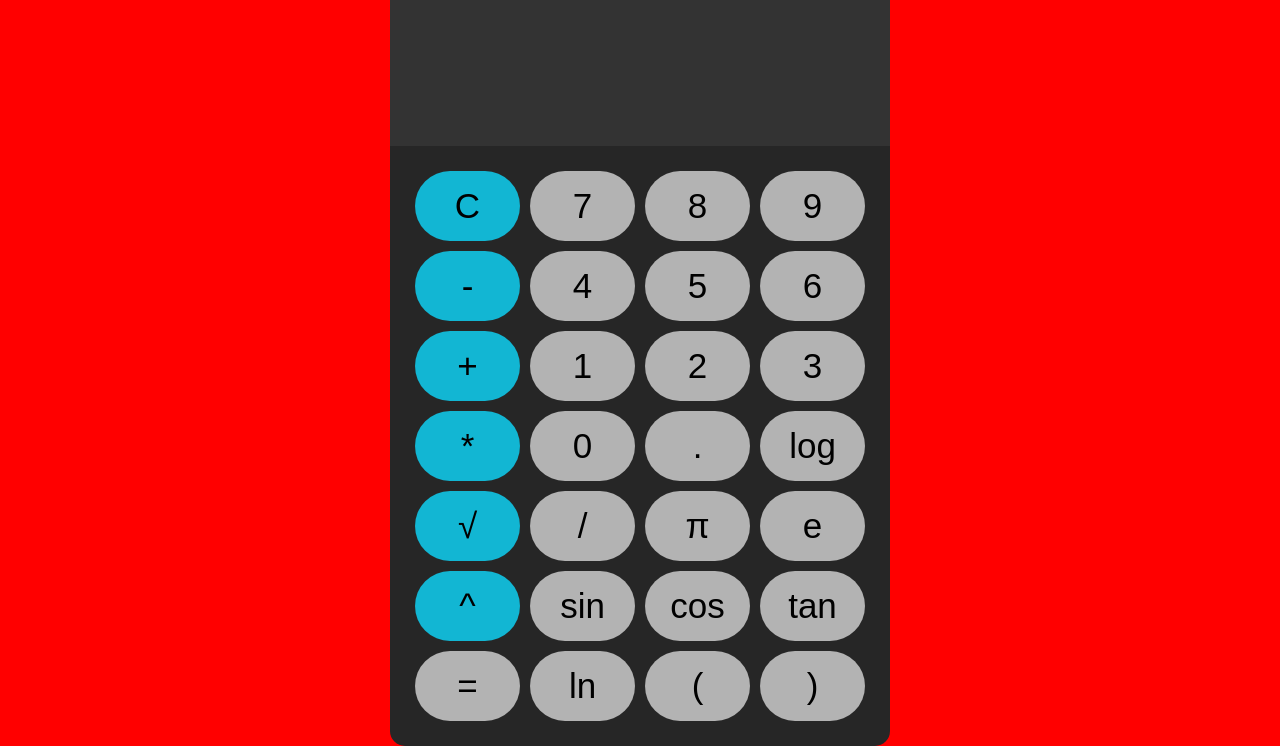
Repository: Haakim19/JavaScript
Page: Calculater/Main.html
These files come from the project's save history. The page is drawn as it stood at one moment and after the next save; the edit follows.
The browser window is 1280 px wide. The pictures show the whole page.

Above is the page before, as saved 2024-10-23 15:14:36.

### Calculater/Main.html
<!DOCTYPE html>
<html lang="en">
<head>
    <meta charset="UTF-8">
    <meta name="viewport" content="width=device-width, initial-scale=1.0">
    <title>Calculator</title>
    <link rel="stylesheet" href="Main.css">
</head>
<body>
    <div id="calculator">
        <div id="calculator-normal">
            <input id= "display1" readonly>
            <input id="display2" readonly>
            <div id="keys">
                <button onclick="clearDisplay()" class="operator-btn">C</button>
                <button onclick="appentToDisplay('7')">7</button>
                <button onclick="appentToDisplay('8')">8</button>
                <button onclick="appentToDisplay('9')">9</button>
                <button onclick="appentToDisplay('-')" class="operator-btn">-</button>
                <button onclick="appentToDisplay('4')">4</button>
                <button onclick="appentToDisplay('5')">5</button>
                <button onclick="appentToDisplay('6')">6</button>
                <button onclick="appentToDisplay('+')" class="operator-btn">+</button>
                <button onclick="appentToDisplay('1')">1</button>
                <button onclick="appentToDisplay('2')">2</button>
                <button onclick="appentToDisplay('3')">3</button>
                <button onclick="appentToDisplay('*')" class="operator-btn">*</button>
                <button onclick="appentToDisplay('0')">0</button>
                <button onclick="appentToDisplay('.')" >.</button>

                <button onclick="appentToDisplay('log10()')">log</button>
                <button onclick="appentToDisplay('sqrt')" class="operator-btn">√</button>
                <button onclick="appentToDisplay('/')">/</button>
                <button onclick="appendToDisplay('PI')">π</button>
                <button onclick="appentToDisplay('e()')">e</button>
                <button onclick="appendToDisplay('root')" class="operator-btn">^</button>
                <button onclick="appentToDisplay('sin')">sin</button>
                <button onclick="appentToDisplay('cos')">cos</button>
                <button onclick="appentToDisplay('tan')">tan</button>
                <button onclick="calculate()">=</button>
                <button onclick="appentToDisplay('ln')">ln</button>
                <button onclick="appentToDisplay(value)"><span>&#40;</span></button>
                <button onclick="appentToDisplay(value)"><span>&#41;</span></button>
            </div>
        </div>

    </div>
<script src="Main.js"></script>
</body>
</html>

### Calculater/Main.css
body{
    margin: 0;
    display: flex;
    justify-content: center;
    align-items: center;
    height: 100vh;
    background-color: hsl(0,0%, 5%);
    background-image: url();
    animation:scale 1s infinite;
}
#calculate{
    font-family:sans-serif;
    box-shadow: 0 4px 10px rgba(0, 0, 0, 0.1);
}
#calculator-normal{
    background-color: hsl(0, 0%, 15%);
    border-radius: 15px;
    max-width: 500px;
    overflow: hidden;
}

#display1{
    width: 100%;
    padding: 20px;
    font-size: 2rem;
    border: none;
    text-align: left;
    padding-right: -15px;
    color: white;
    background-color: hsl(0, 0%, 20%);

}
#display2{
    width: 100%;
    padding: 20px;
    font-size: 3rem;
    border: none;
    text-align: left;
    padding-right: -15px;
    color: white;
    background-color: hsl(0, 0%, 20%);

}
#keys{
    display: grid;
    grid-template-columns: repeat(4, 1fr);
    gap: 10px;
    padding: 25px;
}
/* #keys-normal{
    width: 80px;
    height: 60px;
    color: white;
    border-radius: 50px;
    border: none;
    font-size: 3rem;
    background-color: hsl(0, 0%, 30%);
    font-weight: bold;
    cursor: pointer;
} */
/* button{
    width: 80px;
    height: 60px;
    color: white;
    border-radius: 50px;
    border: none;
    font-size: 3rem;
    background-color: hsl(0, 0%, 30%);
    font-weight: bold;
    cursor: pointer;
} */
button{
    width: 100%;
    padding: 15px;
    font-size: 35px;
    border: none;
    border-radius: 40px;
    background-color: hsl(0, 0%, 70%);
    cursor: pointer;
    transition: background-color 0.5s;
    /* animation: scale 5s infinite; */
    /* animation-iteration-count: infinite; */
}

button:hover{
    background-color: hsl(0, 0%, 40%);
}

button:active{
    background-color: hsl(0, 0%, 50%);
}

.operator-btn{
    background-color: hsl(189, 84%, 45%);
}

.operator-btn:hover{
    background-color: hsl(189, 84%, 65%);
}

.operator-btn:active{
    background-color: hsl(189, 84%, 75%);
}
@keyframes scale{
    0%{ background-color: hsl(0, 100%, 50%); }
    25%{ background-color: hsl(0, 100%, 40%); }
    50%{
        background-color: hsl(0, 100%, 30%);
    }
    75%{
        background-color: hsl(0, 100%, 20%);
    }
    100%{
        background-color: hsl(0, 100%, 10%);
    }
}

### Calculater/Main.js
// const display1 = document.getElementById('display1');
// const display2 = document.getElementById('display2');

// function appentToDisplay(input){
//     display2.value += input;
// }
// function clearDisplay(){
//     display1.value = '';
//     display2.value = '';
// }
// function calculate(){
//     try{
//         let expression = display2.value
//         .replace(/sin/g, 'Math.sin()')
//         .replace(/cos/g, 'Math.cos()')
//         .replace(/tan/g, 'Math.tan()')
//         .replace(/√/g, 'Math.sqrt()')
//         .replace(/π/g, 'Math.PI')
//         .replace(/log/g, 'Math.log10()')
//         .replace(/ln/g, 'Math.log()')
//         .replace(/\^/g, '**');

//         display1.value = eval(display2.value);}
//     catch{
//         display2.value = 'Error';
//     }

// }
// Main.js

// Function to append values to the display
function appentToDisplay(value) {
    const display1 = document.getElementById("display1");
    const display2 = document.getElementById("display2");
    if (value === "π") {
        display2.value += Math.PI;
        console.log("PI");
    } else if (value === "e()") {
        display2.value += Math.E;
        // console.log("e");
    } else if (value === "log10()") {
        display2.value += Math.log10();
        // console.log("Log10");
    } else if (value === "sqrt()") {
        display2.value += Math.sqrt();
        // console.log("π");
    } else if (value === "sin()") {
        display2.value += Math.sin();
        // console.log("π");
    } else if (value === "cos()") {
        display2.value += Math.cos();
        // console.log("π");
    } else if (value === "tan()") {
        display2.value += Math.tan();
        // console.log("π");
    } else if (value === "ln()") {
        display2.value += Math.log();
        // console.log("π");
    } else {
        display2.value += value;
    }
}

// Function to clear the display
function clearDisplay() {
    document.getElementById("display1").value = "";
    document.getElementById("display2").value = "";
}

// Function to calculate the result
function calculate() {
    const display1 = document.getElementById("display1");
    const display2 = document.getElementById("display2");
    try {
        // Use eval to calculate the expression in display1
        let result = eval(display2.value);
        display1.value = result;
    } catch (error) {
        display2.value = "Error";
    }
}

// Additional functions for mathematical operations
function appendToDisplay(value) {

}

After the next save:
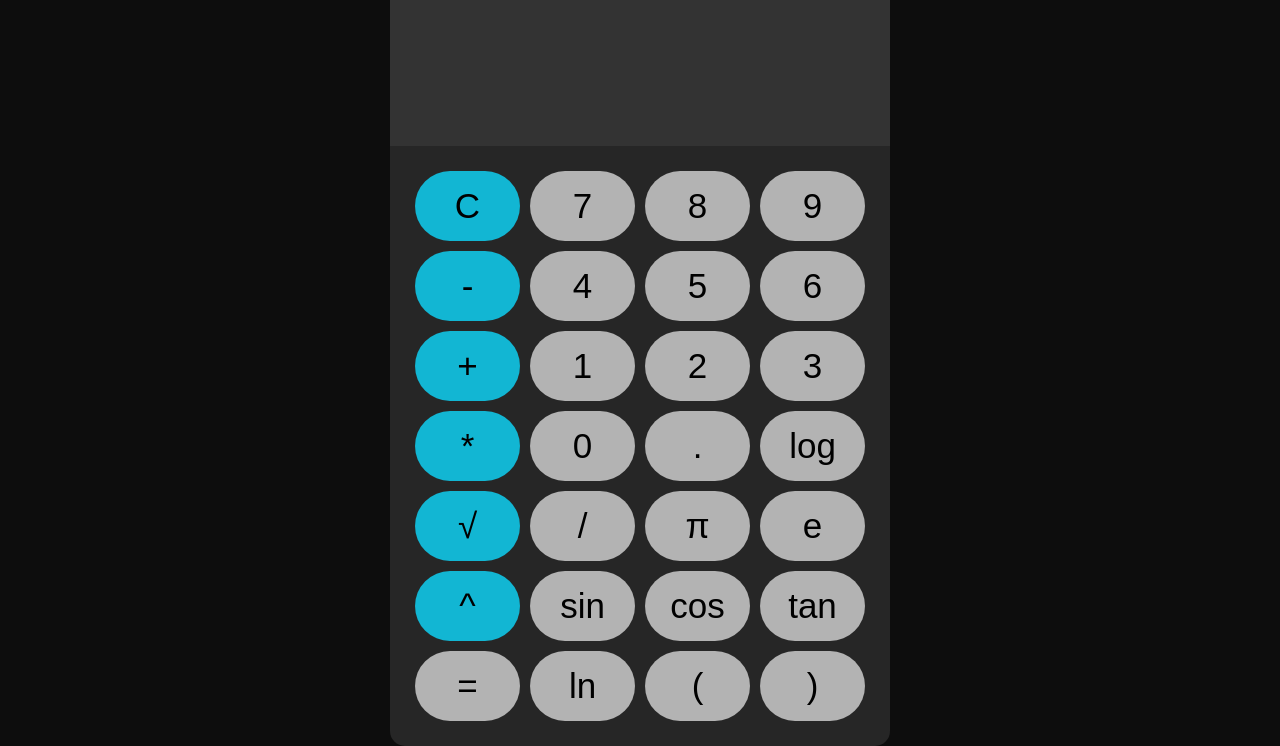
Saved 9 s later.
--- a/Calculater/Main.css
+++ b/Calculater/Main.css
@@ -6,7 +6,7 @@ body{
     height: 100vh;
     background-color: hsl(0,0%, 5%);
     background-image: url();
-    animation:scale 1s infinite;
+    /* animation:scale 1s infinite;  */
 }
 #calculate{
     font-family:sans-serif;
